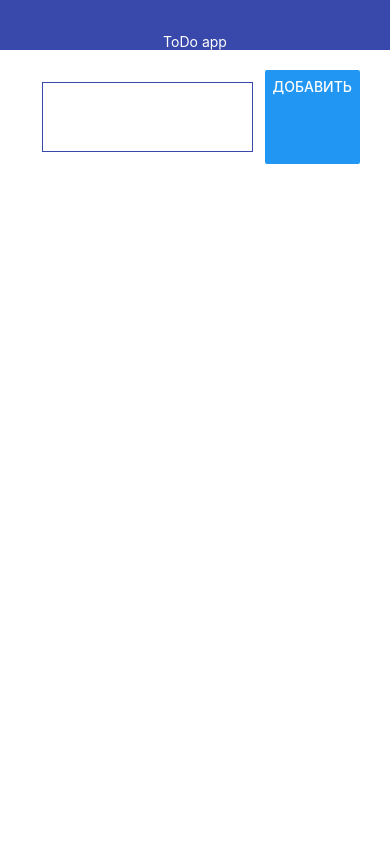
Repository: saint-fons/React-Native-Expo-TypeScript-Hooks
Screen: /
These files come from the project's save history. The screen is drawn as it stood at one moment and after the next save; the edit follows.
The app was drawn by React Native's web renderer in a window 390 px wide. The project was rebuilt for these pictures with package versions that can differ from the ones it lists, and the page was loaded fresh each time. Also part of the build but not shown: components/Todo.tsx.

Above is the screen before, as saved 2021-07-26 18:58:21.

After the next save:
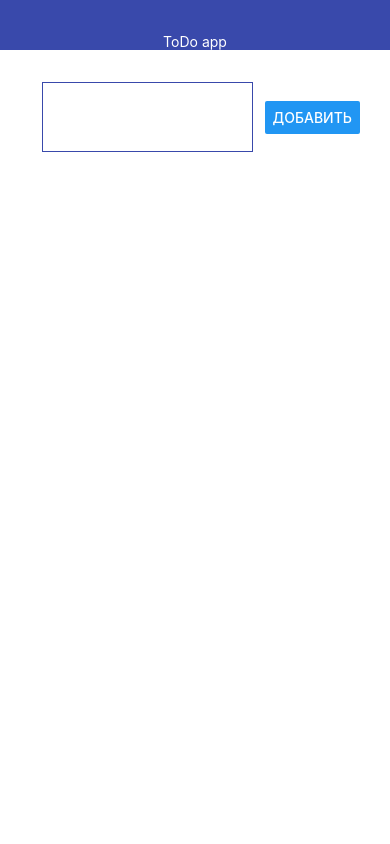
Saved 94 s later.
--- a/components/AddTodo.tsx
+++ b/components/AddTodo.tsx
@@ -25,6 +25,8 @@ const styles = StyleSheet.create({
     block: {
         flexDirection: 'row',
         justifyContent: 'space-between',
+        alignItems: 'center',
+        marginBottom: 15
     },
     input: {
         height: 70,
